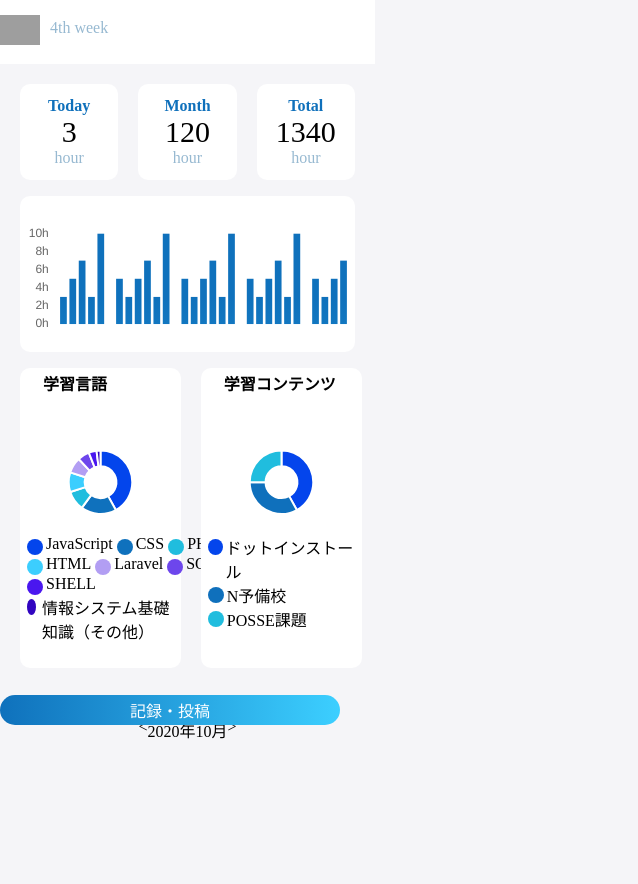
Repository: posse-ap/gen2.0-kamibayasitaito
Page: app/app.html
The author's editor kept a copy of each file at every save. The page is drawn from the files as they stood at one save, then again after the next save.
The browser window is 375 px wide. The page is 638 px wide, so the pictures cover 638 px, including what lies to the right of the window. The pictures show the whole page.
Pictures or frames that could not be fetched are drawn as grey boxes. Some web libraries are served in a nearby version.

Above is the page before, as saved 2021-11-26 18:56:50.

After the next save:
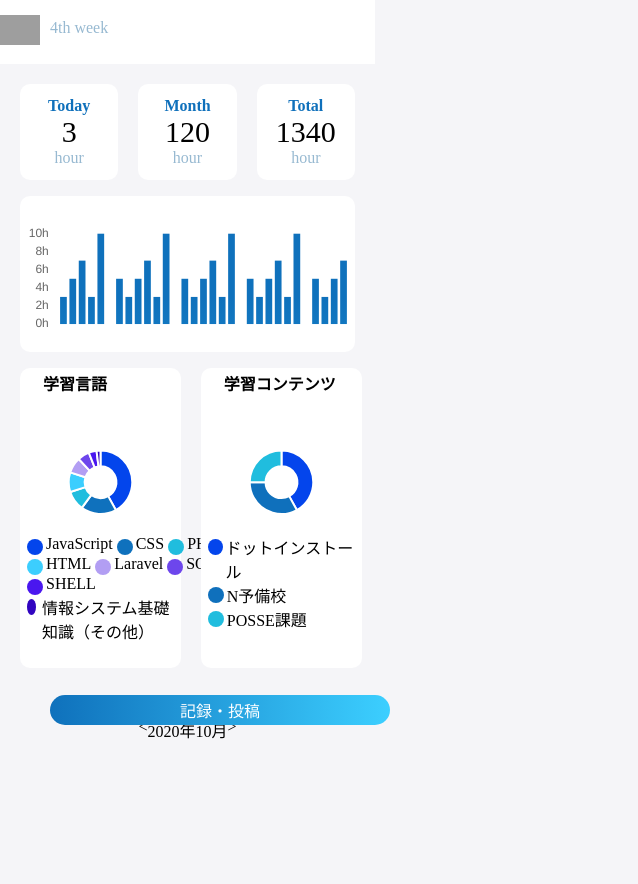
Saved 4 s later.
--- a/app/app_smartphone.css
+++ b/app/app_smartphone.css
@@ -318,7 +318,7 @@
 
 
         .header_button_smartphone{
-            margin-left: ;
+            margin-left: 50px;
             margin-right: auto;
             position: absolute;
             text-align: center;
